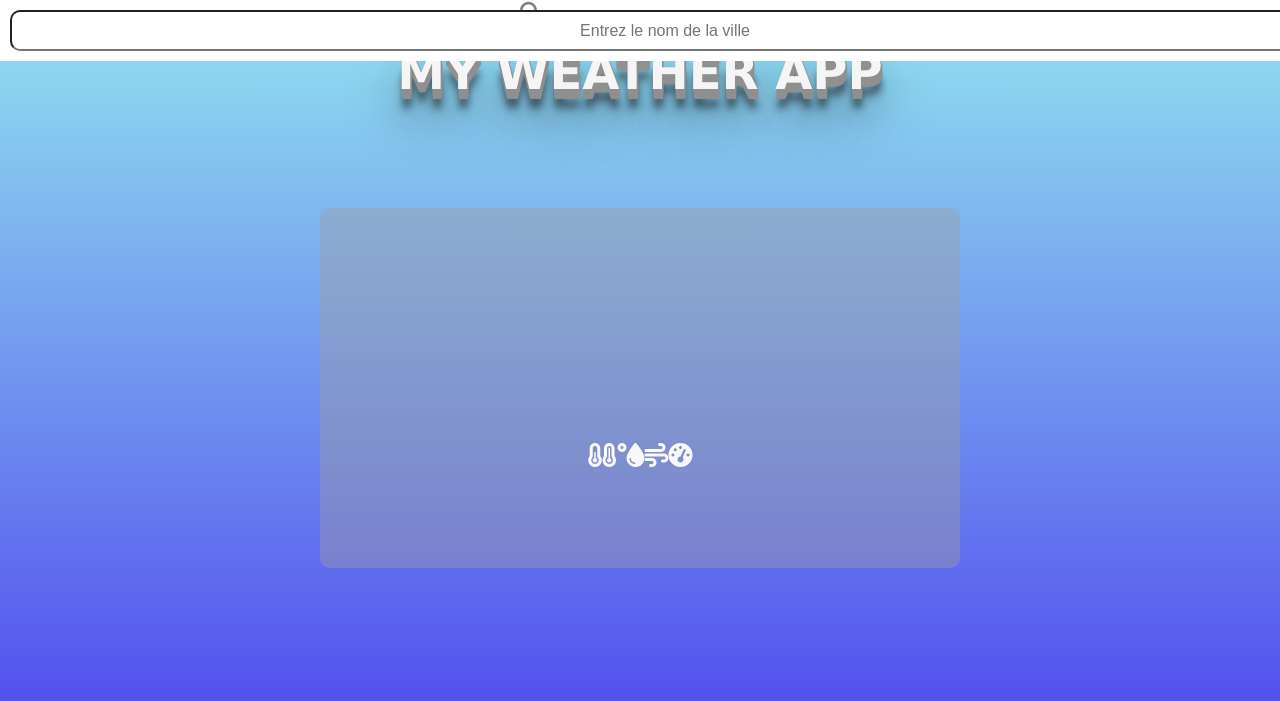
Repository: JeffnyAugustin/MyWeatherApp
Page: index.html
The author's editor kept a copy of each file at every save. The page is drawn from the files as they stood at one save, then again after the next save.
The browser window is 1280 px wide. The pictures show the whole page.

Above is the page before, as saved 2023-11-15 17:59:58.

### index.html
<!DOCTYPE html>
<html lang="fr">

<head>
    <meta charset="UTF-8">
    <meta http-equiv="X-UA-Compatible" content="IE=edge">
    <meta name="viewport" content="width=device-width, initial-scale=1.0">
    <link rel="stylesheet" href="https://cdnjs.cloudflare.com/ajax/libs/font-awesome/6.4.2/css/all.min.css" integrity="sha512-z3gLpd7yknf1YoNbCzqRKc4qyor8gaKU1qmn+CShxbuBusANI9QpRohGBreCFkKxLhei6S9CQXFEbbKuqLg0DA==" crossorigin="anonymous" referrerpolicy="no-referrer" />
    <link rel="stylesheet" href="/css/style.css">
    <title>My Weather App</title>
</head>

<body>



    <div id="container"></div>

    <script src="/js/script.js"></script>
</body>

</html>

### css/style.css
* {
    padding : 0;
    margin: 0;
}

body {
    display: flex;
    justify-content: center;
    height: 100vh;
    width: 100vw;
    background: linear-gradient(0deg, rgba(82,77,238,1) 0%, rgba(146,228,240,1) 100%);
    overflow-y: hidden;
}

#container {
    display: flex;
    flex-direction: column;
    align-items: center;
    justify-content: space-around;
    gap: 20px;

}


#searchContainer {
    position: fixed;
    top: 0;
    left: 0;
    width: 100%;
    background-color: #fff;
    padding: 10px;
    z-index: 1000;
    display: flex;
}
#searchBox {
    width: 350px; /* Ajustez la largeur selon vos besoins */
    margin: 0 auto; /* Centrez la barre de recherche horizontalement */
    text-align: center;
    height: 37px;
    border-radius: 10px;
    font-size: 1rem;
    position: relative;
    flex: 1; /* Allow the input to grow and take available space */
    padding-left: 30px; /* Adjust the padding as needed to make room for the icon */
}

#searchBox input {
    padding-left: 30px; /* Ajoutez un espace pour l'icône à gauche */
}

#searchContainer i.fas.fa-search {
    position: absolute;
    top: 25%;
    transform: translateY(-56%);
    left: 40%;
    color: grey;
    font-size: 1.3em;
  }


#allTogether {
    width: 50VW;
    height: 50VH;
    display: flex;
    flex-direction: column;
    justify-content: space-evenly;
    align-items: center;
    background-color: rgb(158 158 158 / 40%);
    border-radius: 10px;
}

div#meteoElement {
    display: flex;
    flex-direction: row;
    justify-content: space-around;
    flex-wrap: wrap;
    color: rgb(250, 249, 247);
    font-size: 1.5rem;
}

div#cityElement {
    display: flex;
    flex-direction: row;
    gap: 10px;
    justify-content: center;
}

div#cityDescription {
    display: flex;
    flex-direction: column;
    gap: 20PX;
}

#prevision {
    background-color: rgb(134 126 126 / 41%);
    display: flex;
    flex-direction: row;
    justify-content: center;
    align-items: center;
    gap: 10px;
}

.day-forecast {
    display: flex;
    flex-direction: column;
    align-items: center;
    height: 98%;
    width: 230px;
    background-color: #eeeced4f;
}


p {
    font-size: 2rem;
    color: white;
}

p.cityName {
    text-align: center;
}

h1.textTitle {
    text-transform: uppercase;
    font-family: verdana;
    font-size: 3em;
    font-weight: 700;
    color: #f5f5f5;
    text-shadow: 1px 1px 1px #919191,
        1px 2px 1px #919191,
        1px 3px 1px #919191,
        1px 4px 1px #919191,
        1px 5px 1px #919191,
        1px 6px 1px #919191,
        1px 7px 1px #919191,
        1px 8px 1px #919191,
        1px 9px 1px #919191,
        1px 10px 1px #919191,
    1px 18px 6px rgba(16,16,16,0.4),
    1px 22px 10px rgba(16,16,16,0.2),
    1px 25px 35px rgba(16,16,16,0.2),
    1px 30px 60px rgba(16,16,16,0.4);
}


.temps {
    font-size: 1.5rem;
}
.feels-like {
    font-size: 1.5rem;
  }

  .humidity {
    font-size: 1.5rem;
}

.wind {
    font-size: 1.5rem;
}

.pressure {
    font-size: 1.5rem;
}

### js/script.js
// Clé D'api
const API_KEY = "b476218e49ef0d0755a713e9ba77f79a";
// Lien vers L'api finissant par une recherche
const API_URL = `https://api.openweathermap.org/data/2.5/forecast?appid=${API_KEY}&units=metric&lang=fr&q=`;


const divContain = document.getElementById("container");
divContain.id = "container";


const titleDiv = document.createElement("div");
titleDiv.className = "title";

// Création H1
const heading = document.createElement('h1');
heading.className = "textTitle"

// Set the text content of the h1 element
heading.textContent = 'My Weather App';


// Création de div pour la recherche
const searchDiv = document.createElement("div");
searchDiv.id = "searchContainer";

// Création barre de recherche
const inputSearch = document.createElement("input");
inputSearch.id = "searchBox";
inputSearch.type = "text";
inputSearch.placeholder = "Entrez le nom de la ville"; // Ajout du placeholder

// Ajoutez cette ligne pour ajouter l'icône de loupe à la barre de recherche
const searchIcon = document.createElement("i");
searchIcon.className = "fas fa-search";
searchDiv.appendChild(searchIcon);


// Création de div
const newDiv = document.createElement("div");
newDiv.id = "allTogether";

// Création de div
const forecastDiv = document.createElement("div");
forecastDiv.id = "prevision";




const infoCityDiv = document.createElement("div");
infoCityDiv.id = "cityDescription";


// Création de div oiuyr stocker img + description
const cityImgDiv = document.createElement("div");
cityImgDiv.id = "cityElement";

// Création de div pour afficher les informations météorologiques
const weather = document.createElement("div");
weather.id = "meteoElement";

// Création balise paragraphe pour collecter le nom de la ville
const cityName = document.createElement("p");
cityName.className = "cityName";

// Création de div pour afficher la température
const temperatureDiv = document.createElement("div");
temperatureDiv.className = "temperature-container";

// Création balise paragraphe
const temperature = document.createElement("p");
temperature.className = "temps";

// Création de div pour afficher le temps ressenti
const feelsLikeDiv = document.createElement("div");
feelsLikeDiv.className = "feels-like-container";

// Création balise paragraphe pour la sensation thermique
const feelsLike = document.createElement("p");
feelsLike.className = "feels-like";

// Création de div pour afficher l'humidité
const humidityDiv = document.createElement("div");
humidityDiv.className = "humidity-container";

// Création de balise paragraphe pour l'humidité
const humidity = document.createElement("p");
humidity.className = "humidity";

// Création de div pour afficher le vent
const windDiv = document.createElement("div");
windDiv.className = "wind-container";

// Création de balise wind
const DataWind = document.createElement("p");
DataWind.className = "wind";



// Création de div pour l'humidité
const pressureDiv = document.createElement("div");
pressureDiv.className = "pressure-container";

// Création de balise paragraphe pour la pression atmosphérique
const pressure = document.createElement("p");
pressure.className = "pressure";

// Création de div pour afficher la description
const descriptionDiv = document.createElement("div");
descriptionDiv.className = "description-container";

// Création de balise paragraphe pour la description
const description = document.createElement("p");
description.className = "description";



// Création balise image
const image = document.createElement("img");

// Création balise icône pour la température
const temperatureIcon = document.createElement("i");
temperatureIcon.className = "fas fa-thermometer-half";

// Création balise icône pour la sensation thermique
const feelsLikeIcon = document.createElement("i");
feelsLikeIcon.className = "fas fa-temperature-high";

// Création balise icône pour l'humidité
const humidityIcon = document.createElement("i");
humidityIcon.className = "fas fa-tint";

// Création balise icône pour le vent
const windIcon = document.createElement("i");
windIcon.className = "fas fa-wind";

// Création balise icône pour la pression
const pressureIcon = document.createElement("i");
pressureIcon.className = "fas fa-tachometer-alt";



temperatureDiv.append(temperatureIcon, temperature); // ajout de l'icône

feelsLikeDiv.append(feelsLikeIcon, feelsLike); // ajout de l'icône

humidityDiv.append(humidityIcon, humidity); // ajout de l'icône

windDiv.append(windIcon, DataWind); // ajout de l'icône

pressureDiv.append(pressureIcon, pressure)

descriptionDiv.appendChild( description); // ajout de l'icône




// Function to format the date and time
function formatDateTime() {
    const currentDate = new Date();
    const options = { weekday: 'long', year: 'numeric', month: 'long', day: 'numeric', hour: 'numeric', minute: 'numeric'};
    return currentDate.toLocaleDateString('fr-FR', options);
}

// Create a div to display the date and time
    const dateTimeDiv = document.createElement("div");
    dateTimeDiv.id = "dateTime";
    infoCityDiv.appendChild(dateTimeDiv);

function checkWeather(city) {
    fetch(API_URL + city)
        .then(res => {
            if (!res.ok) {
                throw new Error("La ville n'a pas été trouvée");
            }
            return res.json();
        })
        .then(data => {
            cityName.textContent = data.city.name;
            image.src = `http://openweathermap.org/img/w/${data.list[0].weather[0].icon}.png`;

            description.textContent = data.list[0].weather[0].description;
            temperature.innerHTML = ` Température :  ${Math.round(data.list[0].main.temp)}°C `;
            feelsLike.textContent = "Temps Ressenti : " + Math.round(data.list[0].main.feels_like) + "°C";
            humidity.textContent = "Humidité  : " + data.list[0].main.humidity + "%";
            DataWind.textContent = "Vitesse du vent : " + Math.floor(data.list[0].wind.speed) + " Km/h";
            pressure.textContent = "Pression : " + data.list[0].main.pressure + " hPa";


             // Afficher les prévisions pour les 5 prochains jours
             for (let i = 0; i < data.list.length; i += 8) {
                const dayForecast = document.createElement("div");
                dayForecast.className = "day-forecast";

                const date = new Date(data.list[i].dt * 1000);
                const dayName = new Intl.DateTimeFormat('fr-FR', { weekday: 'long' }).format(date);

                const dayNameElement = document.createElement("p");
                dayNameElement.textContent = dayName;

                const iconElement = document.createElement("img");
                iconElement.src = `http://openweathermap.org/img/w/${data.list[i].weather[0].icon}.png`;

                const descriptionElement = document.createElement("p");
                descriptionElement.textContent = data.list[i].weather[0].description;

                const temperatureElement = document.createElement("p");
                temperatureElement.textContent = ` ${Math.round(data.list[i].main.temp)}°C`;

                dayForecast.append(dayNameElement, iconElement, descriptionElement, temperatureElement);
                forecastDiv.appendChild(dayForecast);
             }

               // Display the date and time
               dateTimeDiv.textContent = "Date du jour : " + formatDateTime();

        })
        .catch(error => {
            console.error("Erreur de requête :", error.message);
            // Ajoutez ici un traitement pour informer l'utilisateur de l'erreur
        });
}

inputSearch.addEventListener("change", () => {
    checkWeather(inputSearch.value);
});


weather.append(temperatureDiv, feelsLikeDiv, humidityDiv, windDiv, pressureDiv); // ajout des éléments Weather
newDiv.append(infoCityDiv, weather); // ajout du conteneur Weather à newDiv
infoCityDiv.append(cityName, cityImgDiv)
cityImgDiv.append(image, descriptionDiv)
titleDiv.appendChild(heading)
// Ajout de la barre de recherche à la div de recherche
searchDiv.appendChild(inputSearch);
divContain.append(titleDiv, searchDiv, newDiv, forecastDiv); // ajout de tous les éléments à divContain
document.body.appendChild(divContain);



// Mise à jour des informations météorologiques toutes les 5 minutes
setInterval(function () {
    // Ici, mettre à jour les informations de la météo à l'aide de l'API ou d'autres sources
    // Vous pouvez appeler la fonction checkWeather avec la dernière ville recherchée
    checkWeather(inputSearch.value);
}, 5 * 60 * 1000);

After the next save:
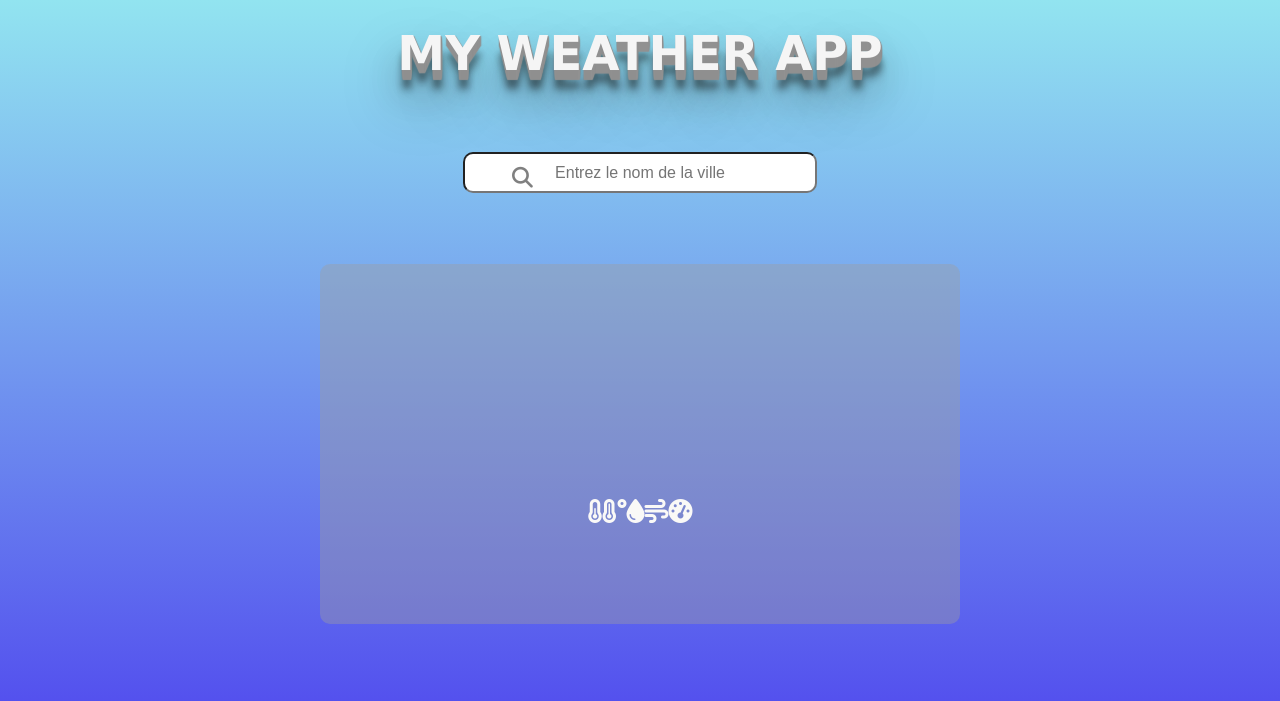
Saved 67 s later.
--- a/css/style.css
+++ b/css/style.css
@@ -22,16 +22,7 @@ body {
 }
 
 
-#searchContainer {
-    position: fixed;
-    top: 0;
-    left: 0;
-    width: 100%;
-    background-color: #fff;
-    padding: 10px;
-    z-index: 1000;
-    display: flex;
-}
+
 #searchBox {
     width: 350px; /* Ajustez la largeur selon vos besoins */
     margin: 0 auto; /* Centrez la barre de recherche horizontalement */
@@ -39,9 +30,6 @@ body {
     height: 37px;
     border-radius: 10px;
     font-size: 1rem;
-    position: relative;
-    flex: 1; /* Allow the input to grow and take available space */
-    padding-left: 30px; /* Adjust the padding as needed to make room for the icon */
 }
 
 #searchBox input {
